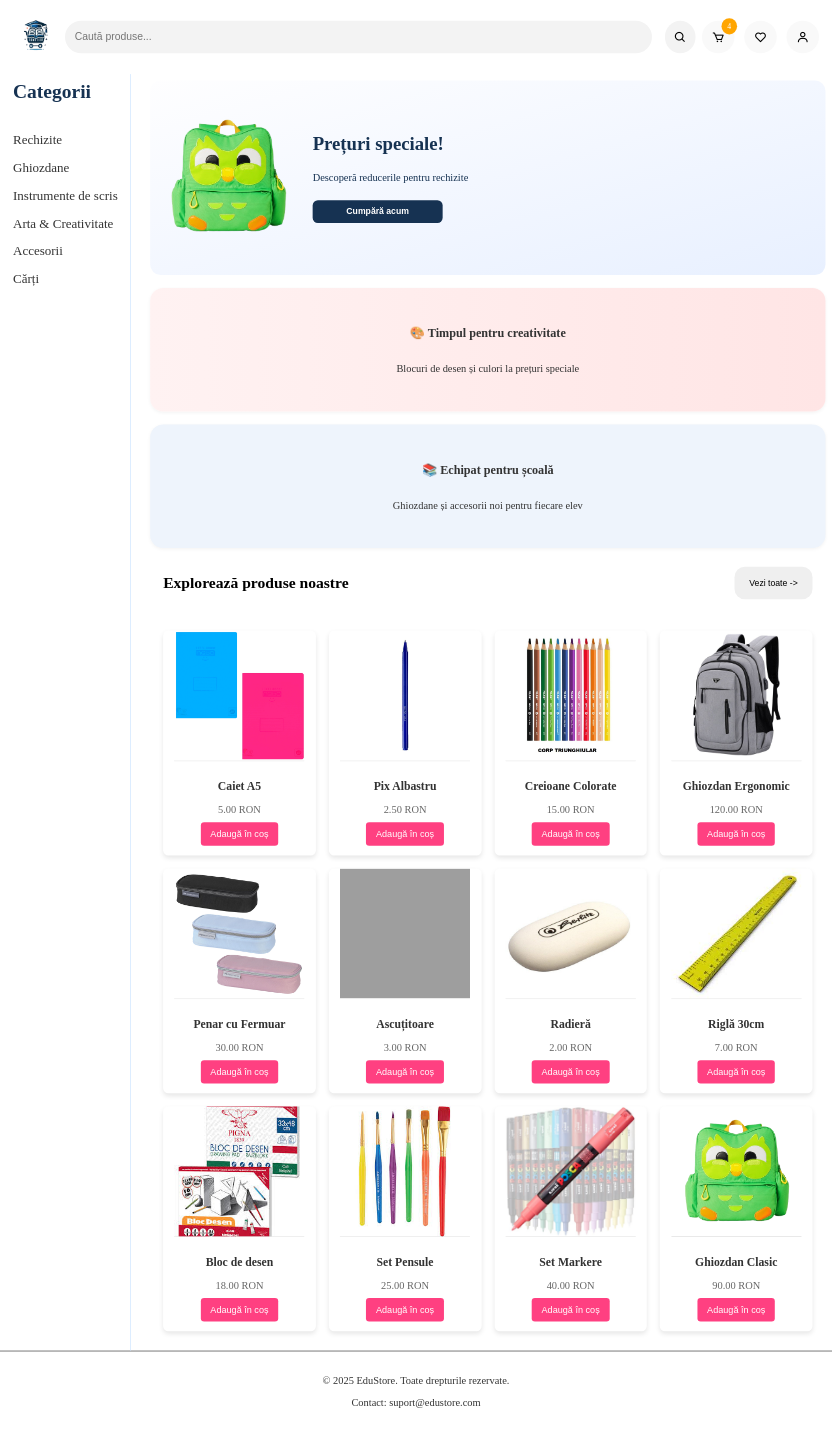
Repository: Roxana5504/WebDev-Project
Page: frontend/index.html
The author's editor kept a copy of each file at every save. The page is drawn from the files as they stood at one save, then again after the next save.
The browser window is 1280 px wide. The pictures show the whole page, at 65% of full size.
Pictures or frames that could not be fetched are drawn as grey boxes.

Above is the page before, as saved 2025-04-23 17:22:34.

### frontend/index.html
<!DOCTYPE html>
<html lang="ro">
  <head>
    <meta charset="UTF-8" />
    <meta name="viewport" content="width=device-width, initial-scale=1.0" />
    <title>Căutare Produse</title>
    <link rel="stylesheet" href="/styles.css" />
    <link
      href="https://cdn.jsdelivr.net/npm/boxicons@2.1.4/css/boxicons.min.css"
      rel="stylesheet"
    />
  </head>

  <body>
    <header class="container-header">
      <div class="logo">
        <img src="/backend/images/logoDWS.png" alt="EduStore" />
      </div>

      <div class="search-bar">
        <button class="sidebar-toggle" id="sidebar-toggle">
          <i class="bx bx-menu"></i>
        </button>
        <input type="text" id="search-input" placeholder="Caută produse..." />
        <button class="search-btn" id="search-btn">
          <i class="bx bx-search"></i>
        </button>
      </div>

      <div class="header-icons">
        <div class="header-icon">
          <span class="cart-items">4</span>
          <i class="bx bx-cart"></i>
        </div>
        <div class="header-icon">
          <i class="bx bx-heart"></i>
        </div>
        <div class="header-icon profile">
          <i class="bx bx-user"></i>
        </div>
      </div>
    </header>

    <div class="main-content">
      <aside class="sidebar">
        <div>
          <h2>Categorii</h2>
          <ul>
            <li>Rechizite</li>
            <li>Ghiozdane</li>
            <li>Instrumente de scris</li>
            <li>Arta & Creativitate</li>
            <li>Accesorii</li>
            <li>Cărți</li>
          </ul>
        </div>
      </aside>

      <div class="container">
        <section class="banner">
          <div class="banner-left">
            <div class="banner-left-content">
              <div class="img-cont">
                <img src="/backend/images/gh.jpg" alt="Oferta specială" />
              </div>

              <div class="banner-text">
                <h2>Prețuri speciale!</h2>
                <p>Descoperă reducerile pentru rechizite</p>
                <button class="buy-now-btn" id="buy-now-btn">
                  Cumpără acum
                </button>
              </div>
            </div>
          </div>

          <div class="banner-right">
            <div class="banner-right-up">
              <h3>🎨 Timpul pentru creativitate</h3>
              <p>Blocuri de desen și culori la prețuri speciale</p>
            </div>
            <div class="banner-right-down">
              <h3>📚 Echipat pentru școală</h3>
              <p>Ghiozdane și accesorii noi pentru fiecare elev</p>
            </div>
          </div>
        </section>

        <section class="products">
          <div class="products-explore-line">
            <h2>Explorează produse noastre</h2>
            <button class="all-products-button">Vezi toate -></button>
          </div>
          <div id="product-list" class="product-list"></div>
        </section>
      </div>
    </div>
    <footer>
      <p>&copy; 2025 EduStore. Toate drepturile rezervate.</p>
      <p>Contact: suport@edustore.com</p>
    </footer>
    <script src="script.js"></script>
  </body>
</html>

### frontend/styles.css
/*CSS Roxana*/
html,
body {
  height: 100%;
  margin: 0;
  padding: 0;
}

.modal-overlay {
  position: fixed;
  top: 0;
  left: 0;
  right: 0;
  bottom: 0;
  background: rgba(0, 0, 0, 0.6);
  display: flex;
  align-items: center;
  justify-content: center;
  padding: 20px;
  z-index: 9999;
  overflow-y: auto;
  box-sizing: border-box;
}

.modal-content {
  display: flex;
  flex-direction: column;
  background: white;
  padding: 20px;
  border-radius: 10px;
  max-width: 800px;
  width: 100%;
  max-height: 90vh;
  overflow-y: auto;
  position: relative;
  box-sizing: border-box;
  align-items: center;
}

.modal-buttons {
  align-items: center;
  display: flex;
  gap: 10px;
  margin-top: 20px;
}

.modal-content button {
  background-color: black;
  color: white;
  font-weight: bold;
  border: none;
  padding: 12px 16px;
  border-radius: 5px;
}

.close-btn {
  position: absolute;
  top: 10px;
  right: 15px;
  font-size: 24px;
  cursor: pointer;
  color: red;
}

.modal-products {
  display: flex;
  flex-wrap: wrap;
  gap: 20px;
}

.modal-product-card {
  width: 200px;
  border: 1px solid #eee;
  border-radius: 10px;
  padding: 10px;
  text-align: center;
}

.modal-product-card img {
  max-width: 100%;
  height: auto;
  border-radius: 5px;
}

.container-header {
  position: sticky;
  top: 0px;
  background-color: white;
  z-index: 98;
  padding: 20px;
  display: flex;
  align-items: center;
  justify-content: space-between;
  width: 100%;
  box-sizing: border-box;
  flex-wrap: wrap;
  gap: 10px;
}

.logo img {
  height: 70px;
  cursor: pointer;
}

.search-bar {
  flex: 1;
  gap: 20px;
  display: flex;
  align-items: center;
  position: relative;
  max-width: 1000px;
}

.search-btn {
  width: 50px;
  height: 50px;
  border-radius: 100%;
  border: none;
  background-color: #f3f3f3;
  display: flex;
  justify-content: center;
  align-items: center;
  cursor: pointer;
  font-size: 20px;
}

.search-bar input {
  min-width: 200px;
  width: 100%;
  height: 50px;
  padding: 10px 15px;
  border-radius: 50px;
  border: none;
  background-color: #f3f3f3;
  font-size: 16px;
  outline: none;
  box-sizing: border-box;
}

.header-icons {
  display: flex;
  align-items: center;
  gap: 15px;
}

.header-icon {
  position: relative;
  width: 50px;
  height: 50px;
  background-color: #f9f9f9;
  border-radius: 50%;
  display: flex;
  justify-content: center;
  align-items: center;
  cursor: pointer;
}

.header-icon i {
  font-size: 20px;
  color: black;
}

.cart-items {
  position: absolute;
  top: -4px;
  right: -4px;
  background-color: orange;
  color: white;
  font-size: 12px;
  border-radius: 100%;
  padding: 5px 9px;
}

.main-content {
  display: flex;
  flex: 1;
  box-sizing: border-box;
  justify-content: left;
}

.container {
  flex: 1;
  width: 100%;
  margin: 0px auto;
  display: flex;
  flex-direction: column;
  padding: 10px;
  max-width: 1200px;
  box-sizing: border-box;
  justify-content: flex-start;
}

.sidebar {
  position: relative;
  height: auto;
  width: 200px;
  padding-right: 0px;
  margin-right: 20px;
  border-right: 1px solid rgb(203, 227, 255);
}

.sidebar div {
  position: sticky;
  top: 0px;
  background-color: white;
  z-index: 99;
}

.sidebar h2 {
  padding: 10px 0 10px 20px;
  font-size: 30px;
  font-weight: bold;
  margin-top: 0px;
  color: rgb(22, 50, 82);
}

.sidebar ul {
  list-style: none;
  padding: 0;
  margin: 0;
  margin-left: 20px;
}

.sidebar ul li {
  padding: 10px 0;
  font-size: 20px;
  color: #333;
  cursor: pointer;
  transition: color 0.3s ease;
}

.sidebar ul li:hover {
  color: #0d4e5a;
}

.sidebar-toggle {
  background: none;
  border: none;
  font-size: 25px;
  cursor: pointer;
  display: none;
}

.banner {
  display: flex;
  flex-wrap: wrap;
  gap: 20px;
  width: 100%;
  box-sizing: border-box;
}

.banner-left {
  box-sizing: border-box;
  background: linear-gradient(to bottom right, #fefeff, #e8f0ff);
  border-radius: 16px;
  padding: 10px;
  position: relative;
  display: flex;
  align-items: center;
  justify-content: space-between;
  flex: 1 1 50%;
}

.banner-left-content {
  display: flex;
  gap: 20px;
  align-items: center;
  flex-wrap: wrap;
  width: 100%;
}

.banner-left-content img {
  width: 100%;
  max-width: 220px;
  height: auto;
  border-radius: 10px;
  object-fit: cover;
}

.banner-text {
  flex: 1;
  display: flex;
  flex-direction: column;
  gap: 10px;
}

.banner-text h2 {
  font-size: 1.8rem;
  color: rgb(22, 50, 82);
  margin: 0;
}

.banner-text p {
  font-size: 1rem;
  color: rgb(22, 50, 82);
}

.buy-now-btn {
  background-color: rgb(22, 50, 82);
  max-width: 200px;
  color: white;
  border: none;
  padding: 10px 16px;
  border-radius: 8px;
  font-weight: bold;
  cursor: pointer;
}

.banner-right {
  flex: 1 1 50%;
  display: flex;
  flex-direction: column;
  justify-content: space-between;
  gap: 20px;
  min-width: 300px;
}

.banner-right-up,
.banner-right-down {
  border-radius: 20px;
  padding: 20px;
  text-align: center;
  min-height: 150px;
  display: flex;
  flex-direction: column;
  justify-content: center;
  box-shadow: 0 2px 6px rgba(0, 0, 0, 0.05);
}

.banner-right-up {
  background: linear-gradient(to right, #fff2f2, #ffe5e5);
  color: #333;
}

.banner-right-down {
  background: #eef4fc;
  color: #333;
}

footer {
  text-align: center;
  padding: 20px;
  border-top: 1px solid #333;
  color: #333;
  background-color: white;
}

.products-explore-line {
  display: flex;
  justify-content: space-between;
  width: 100%;
  box-sizing: border-box;
  align-items: center;
  padding: 20px;
}

.all-products-button {
  border: none;
  border-radius: 16px;
  padding: 0px 10px;
  width: 120px;
  height: 50px;
  cursor: pointer;
}

@media (max-width: 768px) {
  .search-bar {
    gap: 10px;
    width: 100%;
    margin: 0px;
    order: 1;
    display: flex;
    justify-content: center;
  }

  .search-bar input {
    flex: 1;
    margin: 0 10px;
  }

  .banner {
    flex-direction: column;
  }

  .banner-left {
    width: 100%;
    flex: none;
  }

  .banner-right {
    flex-direction: row;
    flex-wrap: wrap;
    width: 100%;
    gap: 20px;
  }

  .banner-right-up,
  .banner-right-down {
    flex: 1 1 48%;
    min-width: 48%;
    padding: 15px;
  }
}

@media (max-width: 600px) {
  .modal-products {
    flex-direction: column;
    align-items: center;
  }

  .modal-product-card {
    width: 100%;
    max-width: 300px;
  }
  .sidebar {
    width: 30%;
    z-index: 99;
    transform: translateX(-100%);
    display: none;
  }

  .sidebar-toggle {
    display: block;
  }

  .sidebar.open {
    transform: translateX(0);
    display: block;
  }

  .sidebar h2 {
    font-size: 22px;
  }

  .sidebar ul li {
    font-size: 16px;
  }
}

/*Sfarsit CSS Roxana*/

.product-list {
  display: grid;
  grid-template-columns: repeat(auto-fit, minmax(220px, 1fr));
  gap: 20px;
  padding: 20px;
}

.product-card {
  background: white;
  border-radius: 8px;
  box-shadow: 0px 4px 8px rgba(0, 0, 0, 0.1);
  overflow: hidden;
  text-align: center;
  transition: transform 0.2s ease-in-out;
}

.product-card:hover {
  transform: scale(1.05);
}

.product-card img {
  width: 100%;
  height: 200px;
  object-fit: cover;
  border-bottom: 1px solid #ddd;
}

.product-card .product-info {
  padding: 15px;
}

.product-card h3 {
  font-size: 18px;
  margin: 10px 0;
  color: #333;
}

.product-card p {
  font-size: 16px;
  color: #666;
  margin-bottom: 10px;
}

.product-card button {
  background: #ff4081;
  color: white;
  border: none;
  padding: 10px 15px;
  border-radius: 5px;
  cursor: pointer;
  font-size: 14px;
  transition: background 0.3s;
}

.product-card button:hover {
  background: #e6006e;
}

@media (max-width: 768px) {
  .product-list {
    grid-template-columns: repeat(auto-fit, minmax(180px, 1fr));
  }
}

### frontend/script.js
//Roxana
document.addEventListener("DOMContentLoaded", function () {
  const categoryItems = document.querySelectorAll("aside li")
  const productList = document.getElementById("product-list")
  let products = []

  fetch("/products.json")
    .then((response) => {
      if (!response.ok) {
        throw new Error("Eroare la încărcarea fișierului products.json")
      }
      return response.json()
    })
    .then((data) => {
      products = data.products.map((product) => {
        const name = product.name.toLowerCase()
        let category = "altele"

        if (name.includes("ghiozdan")) category = "ghiozdane"
        else if (
          name.includes("pix") ||
          name.includes("creion") ||
          name.includes("marker") ||
          name.includes("pensul")
        )
          category = "arta-creativitate"
        else if (
          name.includes("radier") ||
          name.includes("ascuțitoare") ||
          name.includes("rigl")
        )
          category = "accesorii"
        else if (
          name.includes("caiet") ||
          name.includes("penar") ||
          name.includes("bloc")
        )
          category = "rechizite"

        return { ...product, category }
      })

      renderProducts()
    })
    .catch((error) => {
      console.error("Eroare la încărcare produse:", error)
    })

  function renderProducts() {
    productList.innerHTML = ""
    products.forEach((product) => {
      const productCard = document.createElement("div")
      productCard.classList.add("product-card")
      productCard.setAttribute("data-category", product.category)
      productCard.innerHTML = `
        <img src="${product.image}" alt="${
        product.name
      }" style="width: 200px; height: 200px; object-fit: cover;">
        <div class="product-info">
          <h3>${product.name}</h3>
          <p>${product.price.toFixed(2)} RON</p>
          <button>Adaugă în coș</button>
        </div>
      `
      productList.appendChild(productCard)
    })
  }

  categoryItems.forEach((item) => {
    item.addEventListener("click", function () {
      const category = this.textContent
        .trim()
        .toLowerCase()
        .replace(/\s+/g, "-")
      const productCards = document.querySelectorAll(".product-card")

      productCards.forEach((product) => {
        if (
          product.getAttribute("data-category") === category ||
          category === "toate"
        ) {
          product.style.display = "flex"
        } else {
          product.style.display = "none"
        }
      })
    })
  })
})

document.getElementById("search-btn").addEventListener("click", () => {
  const query = document.getElementById("search-input").value.trim()

  fetch(`/products/${query}`)
    .then((res) => {
      if (!res.ok) throw new Error("Server error: " + res.status)
      return res.json()
    })
    .then((data) => {
      if (data.length > 0) {
        showModalWithProducts(data)
      } else {
        showNoProductFoundModal(query)
      }
    })
    .catch((err) => {
      console.error("Eroare:", err)
    })
})

document.getElementById("buy-now-btn").addEventListener("click", () => {
  const query = "Ghiozdan Clasic"
  fetch(`/products/${query}`)
    .then((res) => {
      if (!res.ok) throw new Error("Server error: " + res.status)
      return res.json()
    })
    .then((data) => {
      if (data.length > 0) {
        showModalWithProducts(data)
      } else {
        showNoProductFoundModal(query)
      }
    })
    .catch((err) => {
      console.error("Eroare:", err)
    })
})

function showModalWithProducts(products) {
  let modalHTML = `
      <div id="product-modal" class="modal-overlay">
        <div class="modal-content">
          <span class="close-btn" onclick="closeModal()">&times;</span>
          <h2>Rezultate Căutare</h2>
          <div class="modal-products">
    `

  products.forEach((product) => {
    modalHTML += `
        <div class="modal-product-card">
          <img src="${product.image}" alt="${product.name}" />
          <h3>${product.name}</h3>
          <p>Preț: ${product.price} lei</p>
          <p>Cantitate: ${product.quantity ?? "Nespecificat"}</p>
        </div>
      `
  })

  modalHTML += `
          </div>
        </div>
      </div>
    `

  document.body.insertAdjacentHTML("beforeend", modalHTML)
}

function showNoProductFoundModal(query) {
  const modalHTML = `
      <div id="product-modal" class="modal-overlay">
        <div class="modal-content">
          <span class="close-btn" onclick="closeModal()">&times;</span>
          <h2>Produs negăsit</h2>
          <p>Nu am găsit produsul <strong>"${query}"</strong>.</p>
          <p>Dorești să îl adaugi în magazin?</p>
          <div class="modal-buttons">
          <button onclick="openAddProductForm('${query}')">Adaugă produs</button>
          <button onclick="closeModal()">Încearcă din nou</button></div>
        </div>
      </div>
    `
  document.body.insertAdjacentHTML("beforeend", modalHTML)
}

function closeModal() {
  const modal = document.getElementById("product-modal")
  if (modal) modal.remove()
}

const sidebarToggle = document.getElementById("sidebar-toggle")
const sidebar = document.querySelector(".sidebar")

sidebarToggle.addEventListener("click", () => {
  sidebar.classList.toggle("open")
})
//Sfarsit cod Roxana

### backend/products.json
{
  "products": [
    { "name": "Caiet A5", "price": 5.0, "image": "/backend/images/caiet.jpg" },
    {
      "name": "Pix Albastru",
      "price": 2.5,
      "image": "/backend/images/pix.jpg",
      "quantity": 20
    },
    {
      "name": "Creioane Colorate",
      "price": 15.0,
      "image": "/backend/images/creioane.jpg",
      "quantity": 20
    },
    {
      "name": "Ghiozdan Ergonomic",
      "price": 120.0,
      "image": "/backend/images/ghiozdan.jpg",
      "quantity": 20
    },
    {
      "name": "Penar cu Fermuar",
      "price": 30.0,
      "image": "/backend/images/penar.jpg",
      "quantity": 20
    },
    {
      "name": "Ascuțitoare",
      "price": 3.0,
      "image": "/backend/images/ascutitoare.jpg",
      "quantity": 20
    },

    {
      "name": "Radieră",
      "price": 2.0,
      "image": "/backend/images/radiera.jpg",
      "quantity": 20
    },
    {
      "name": "Riglă 30cm",
      "price": 7.0,
      "image": "/backend/images/rigla.jpg",
      "quantity": 20
    },
    {
      "name": "Bloc de desen",
      "price": 18.0,
      "image": "/backend/images/blocdesen.jpg",
      "quantity": 20
    },
    {
      "name": "Set Pensule",
      "price": 25.0,
      "image": "/backend/images/pensule.jpg",
      "quantity": 20
    },
    {
      "name": "Set Markere",
      "price": 40.0,
      "image": "/backend/images/markere.jpg",
      "quantity": 20
    },
    {
      "name": "Ghiozdan Clasic",
      "price": 90.0,
      "image": "/backend/images/gh.jpg",
      "quantity": 20
    }
  ]
}

After the next save:
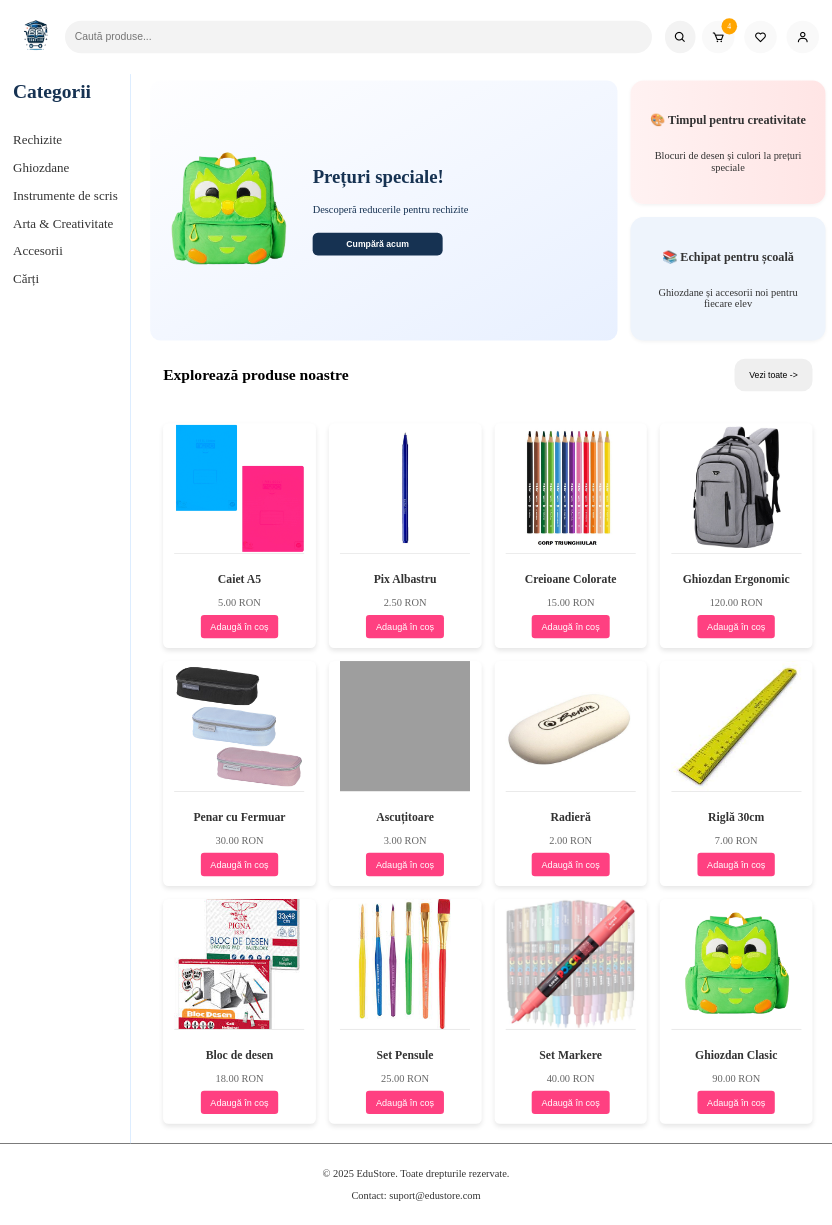
Saved 13 s later.
--- a/frontend/styles.css
+++ b/frontend/styles.css
@@ -307,7 +307,7 @@ body {
 }
 
 .banner-right {
-  flex: 1 1 50%;
+  flex: 1;
   display: flex;
   flex-direction: column;
   justify-content: space-between;
